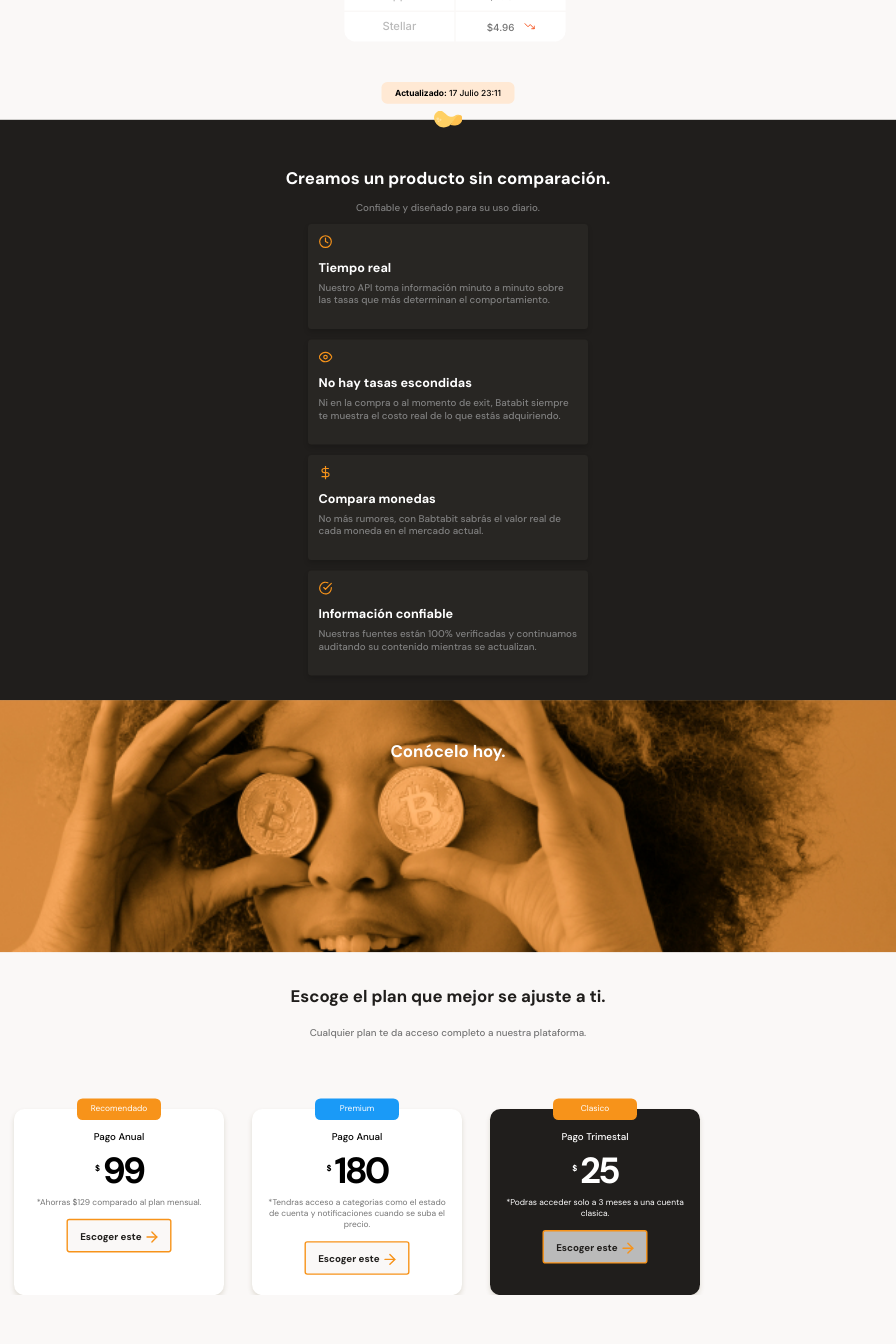
Repository: Pandrea-hub/Batatabit
Page: index.html
An editor plug-in stored every save of this project. The page is shown before and after the next save, followed by the edit.
The browser window is 1280 px wide. The pictures show the part of the page from y = 963 to 2883 px (the page is 2883 px tall), at 70% of full size.

Above is the page before, as saved 2022-04-20 07:55:22.

### index.html
<!DOCTYPE html>
<html lang="en">
<head>
    <meta charset="UTF-8">
    <meta http-equiv="X-UA-Compatible" content="IE=edge">
    <meta name="viewport" content="width=device-width, initial-scale=1.0">
    <title>Document</title>
    <link rel="preconnect" href="https://fonts.googleapis.com">
    <link rel="preconnect" href="https://fonts.gstatic.com" crossorigin>
    <link href="https://fonts.googleapis.com/css2?family=DM+Sans:wght@400;500;700&family=Inter:wght@300;500;700&display=swap" rel="stylesheet">
    <link rel="stylesheet" href="./style.css">
</head>
<body>


    <header>

        <img src="./assets/img/logo.svg" alt="Logo del header donde estara una patata y el nombre que es Batatabit"/>
        <div class="header--title-container">
            <h1>La próxima revolución en el intercambio de criptomonedas.</h1>
            <p>Batatabit te ayuda a navegar entre los diferentes precios y tendencias.</p>
            <a href="#plans" class="header--button">Conoce Nuestros Planes<span></span></a>
        </div>
    </header>


    <main>
        <section class="main-exchange--container">
            <div class="backgroungImg"></div>
            <div class="main-exchange--container--title">
                <h2>Visibilizamos todas las tasas de cambio.</h2>
                <p>Traemos información en tiempo real de las casas de cambio y las monedas más importantes del mundo.</p>
            </div>

            <section class="main-tables-container">
                <div class="main-currency-table">
                    <div class="currency-table">

                        <div class="container-arrow--left" id="arrow-left"></div>

                        <div class="currency-table--container" id="table-1">
                            <p class="currency-table--title" id="title-1">Monedas</p>
                            <table>
                                <tr>
                                    <tr>
                                        <td class="table__top--left">Bitcoin</td>
                                        <td class="table__top--right table__right">$1.96 <span class="down"></span></td>
                                    </tr>
                                    <tr>
                                        <td>Ethereum</td>
                                        <td class="table__right">$0.07 <span class="up"></span></td>
                                    </tr>
                                    <tr>
                                        <td>Ripple</td>
                                        <td class="table__right">$2.15 <span class="down"></span></td>
                                    </tr>
                                    <tr>
                                        <td class="table__bottom--left">Stellar</td>
                                        <td class="table__bottom-right table__right">$4.96 <span class="down"></span></td>
                                    </tr>
                                </tr>
                            </table>
                        </div>


                        <div class="currency-table--container" id="table-2">
                            <p class="currency-table--title" id="title-2">Comisiones</p>
                            <table>
                                <tr>
                                    <tr>
                                        <td class="table__top--left">Bitrade</td>
                                        <td class="table__top--right table__right">$ 12.96</td>
                                    </tr>
                                    <tr>
                                        <td>Bitpreco</td>
                                        <td class="table__right">$ 13.07</td>
                                    </tr>
                                    <tr>
                                        <td>Novadax</td>
                                        <td class="table__right">$ 13.15</td>
                                    </tr>
                                    <tr>
                                        <td class="table__bottom--left">Coinext</td>
                                        <td class="table__bottom-right table__right">$ 14.96</td>
                                    </tr>
                                </tr>
                            </table>
                        </div>

                        <div class="container-arrow" id="arrow-right"></div>

                    </div>

                    <div class="currency-table--date" id="table-date">
                        <p><b>Actualizado:</b> 17 Julio 23:11 </p></p>
                    </div>

                </div>
            </section>
        </section>

    <script>
        const arrow_right = document.getElementById("arrow-right")
        const arrow_left = document.getElementById("arrow-left")
        const table_1 = document.getElementById("table-1")
        const table_2 = document.getElementById("table-2")
        const date = document.getElementById("table-date");


        arrow_right.onclick = function(){
            arrow_right.style.display="none";
            table_1.style.display = "none"
            table_2.style.display = "grid"
            arrow_left.style.display = "block"
            date.style.backgroundColor="#E7F5FF";
        }
        arrow_left.onclick = function(){
            arrow_left.style.display="none";
            table_1.style.display = "grid"
            table_2.style.display = "none"
            arrow_right.style.display = "block"
            date.style.backgroundColor="#FFE9D4";
        }
    </script>


        <section class="main-product--detail">
            <span class="product-detail--batata-logo"></span>
            <div class="product-detail--title">
                <h2>Creamos un producto sin comparación.</h2>
                <p>Confiable y diseñado para su uso diario.</p>
            </div>
            <section class="product-cards--container">
                <article class="product-detail--card">
                    <span class="icon-card clock"></span>
                    <p class="product-card--title">Tiempo real</p>
                    <p class="product-card--body">Nuestro API toma información minuto a minuto sobre las tasas que más determinan el comportamiento.</p>
                </article>

                <article class="product-detail--card">
                    <span class="icon-card tasas"></span>
                    <p class="product-card--title">No hay tasas escondidas</p>
                    <p class="product-card--body">Ni en la compra o al momento de exit, Batabit siempre te muestra el costo real de lo que estás adquiriendo.</p>
                </article>


                <article class="product-detail--card">
                    <span class="icon-card money"></span>
                    <p class="product-card--title">Compara monedas</p>
                    <p class="product-card--body">No más rumores, con Babtabit sabrás el valor real de cada moneda en el mercado actual.</p>
                </article>


                <article class="product-detail--card">
                    <span class="icon-card info"></span>
                    <p class="product-card--title">Información confiable</p>
                    <p class="product-card--body">Nuestras fuentes están 100% verificadas y continuamos auditando su contenido mientras se actualizan.</p>
                </article>

            </section>

        </section>



        <section class="bitcoin-img--container">
            <h2>Conócelo hoy.</h2>
        </section>


        <section id="plans" class="main-plans-container">
            <div class="plans--title">
                <h2>Escoge el plan que mejor se ajuste a ti.</h2>
                <p>Cualquier plan te da acceso completo a nuestra plataforma.</p>
            </div>
            <section class="plans-container--slider">
                <article class="plans-container--card">
                    <p class="recommended">Recomendado</p>
                    <div class="plan-info--container">
                        <h3 class="plan-card--title">Pago Anual</h3>
                        <p class="plan-card--price"><sup>$</sup> 99</p>
                        <p class="plan-card--saving">*Ahorras $129 comparado al plan mensual.</p>
                        <button class="plan-card--ca">Escoger este <span></span></button>
                    </div>
                </article>

                <article class="plans-container--card">
                    <p class="premium">Premium</p>
                    <div class="plan-info--container">
                        <h3 class="plan-card--title">Pago Anual</h3>
                        <p class="plan-card--price"><sup>$</sup> 180</p>
                        <p class="plan-card--saving">*Tendras acceso a categorias como el estado de cuenta y notificaciones cuando se suba el precio.</p>
                        <button class="plan-card--ca">Escoger este <span></span></button>
                    </div>
                </article>


                <article class="plans-container--card card-classic">
                    <p class="classic">Clasico</p>
                    <div class="plan-info--container">
                        <h3 class="plan-card--title info-classic">Pago Trimestal</h3>
                        <p class="plan-card--price info-classic"><sup>$</sup> 25</p>
                        <p class="plan-card--saving info-classic">*Podras acceder solo a 3 meses a una cuenta clasica.</p>
                        <button class="plan-card--ca info-classic-button">Escoger este <span></span></button>
                    </div>
                </article>

            </section>
        </section>




    </main>

    <footer></footer>

</body>
</html>

### style.css
/*
1. Position
2. Box model
3. typography
4. Visual themes
5. Others
*/

:root{
    --bitcoin-orange:#F7931A;
    --soft-orange:#FFE9D4;
    --secondary-blue:#1A9AF7;
    --soft-blue:#E7F5FF;
    --warm-black:#201E1C;
    --black: #201e1c;
    --grey: #bababa;
    --off-white: #faf8f7;
    --just-white: #fff;
}

*{
    padding: 0;
    margin: 0;
    box-sizing: border-box;
}


html{
    font-size: 62.5%;
    font-family: "DM Sans", sans-serif;
}

header{
    position: relative;
    display: flex;
    flex-direction:column;
    justify-content: center;
    width: 100%;
    height: 334px;
    min-width: 320px;
    text-align: center;
    background: linear-gradient(207.8deg, #201E1C 16.69%, #F7931A 100%);

}

header img{
    width: 150px;
    height: 24px;
    margin-top: 60px;
    align-self: center;
}

.header--title-container{
    width: 90%;
    min-width: 288px;
    max-width: 900px;
    height: 218px;
    margin-top: 50px;
    text-align: center;
    align-self:center;
}

.header--title-container h1{
    font-size: 2.4rem;
    font-weight: bold;
    line-height: 2.6rem;
    color: var(--just-white);
}

.header--title-container p{
    font-size: 1.4rem;
    font-weight: 500;
    line-height: 1.8rem;
    color:var(--soft-orange);
    margin-top: 2.4rem;
}


.header--title-container .header--button{
    left: calc(50% - 229px/2);
    position: absolute;
    top: 270px;
    display: block;
    margin-top: 35px;
    padding: 15px;
    width: 229px;
    height: 48px;
    background-color: var(--off-white);
    /* Box shadow */
    box-shadow: 0px 4px 8px rgba(89, 73, 30, 0.16);
    border-radius: 4px;
    font-weight: bold;
    font-size: 14px;
    line-height: 18px;
    color:var(--warm-black);
    text-decoration: none;
}

.header--button span{
    display: inline-block;
    width: 13px;
    height: 8px;
    margin-left: 10px;
    background-image: url('./assets/icons/down-arrow.svg');
}

main{
    width: 100%;
    height: auto;
    background-color:var(--off-white);
    min-width: 320px;
}


.main-exchange--container{
    width: 100%;
    height: auto;
    padding-top: 80px;
    padding-bottom: 30px;
    text-align: center;
}

.main-exchange--container--title{
    width: 100%;
    min-width: 288px;
    max-width: 900px;
    margin: 10px auto;
    padding: 1%;
}

.main-exchange--container .backgroungImg{
    width: 200px;
    height: 200px;
    margin: 0 auto;
    margin-bottom: 50px;
    background-image: url(./assets/img/bitcoin.svg);
    background-size: cover;
    background-position: center;
    background-repeat: no-repeat;
}


.main-exchange--container--title h2{
    margin-bottom: 30px;
    font-size: 2.4rem;
    font-weight: bold;
    line-height: 2.6rem;
    align-self:center;
    color:var(--warm-black);
}




.main-exchange--container--title p{
    margin-bottom: 30px;
    font-size: 1.4rem;
    line-height: 1.8rem;
    font-weight: 500;
    color:#757575;
    text-align: center;

}





/*Tables*/


.main-tables-container{
    margin: 20px auto;
    width: 100%;
}



.main-currency-table{
    display: flex;
    flex-direction: column;
    width: 70%;
    min-width: 235px;
    max-width: 500px;
    height: 240px;
    margin: 0 auto;
    font-family: "Inter", sans-serif;
}

.main-currency-table .currency-table--title{
    width: 81px;
    height: 10px;
    margin: 0 auto;
    position: absolute;
    font-size: 1.8rem;
    font-weight: bold;
    line-height: 2.3rem;
    font-family: "DM Sans";
    color:var(--bitcoin-orange);
}

.currency-table{
    width: 100%;
}


.currency-table--container{
    margin: 0 auto;
    width: 100%;
    height: 90px;
    min-width: 230px;
    max-width: 300px;

}

.currency-table--container table{
    width: 70%;
    height: 180px;
    max-width: 320px;
    margin: 30px auto;
    position: absolute;
}


.currency-table--container td{
    width: 50%;
    font-size: 1.6rem;
    font-weight: 500;
    line-height: 1.9rem;
    color:var(--grey);
    background-color:var(--just-white);
    margin: 0px 10px;

}

.table__top--left{
    border-radius: 15px 0 0 0;
}

.table__top--right{
    border-radius:0 15px 0 0;
}


.table__bottom-right{
    border-radius:0 0 15px 0;
}

.table__bottom--left{
    border-radius:0 0 0 15px;
}

.currency-table--container .table__right{
    font-size: 1.4rem;
    font-weight: normal;
    line-height: 1.7rem;
    color:#757575;
}


.currency-table--container .down{
    display: inline-block;
    width: 15px;
    height: 15px;
    margin-left: 10px;
    background-image:url("./assets/icons/trending-down.svg");
    background-size:cover;
    background-repeat:no-repeat;
}

.currency-table--container .up{
    display: inline-block;
    width: 15px;
    height: 15px;
    margin-left: 10px;
    background-image:url("./assets/icons/trending-up.svg");
    background-size:cover;
    background-repeat:no-repeat;
}


.currenty-table{
    display: grid;
    grid-template-columns: 1fr 1fr 1fr;

}


.container-arrow{
    height: 10px;
    width: 12px;
    background-image: url("../assets/icons/right-arrow.svg");
    background-repeat: no-repeat;
    background-size: contain;
    background-position: center;
    position: absolute;
    margin-top: 25px;
    right: 31px;
    cursor: pointer;
}


.container-arrow--left{
    display: none;
    height: 10px;
    width: 12px;
    background-image: url("../assets/icons/left-arrow.svg");
    background-repeat: no-repeat;
    background-size: contain;
    background-position: center;
    position: absolute;
    margin-top:120px;
    left: 20px;
    cursor: pointer;
}


#title-2{
    color:var(--secondary-blue);
}



.currency-table--date{
    margin: 0 auto;
    font-size: 12px;
    position: absolute;
    width: 190px;
    height: 31px;
    left: calc(50% - 95px);
    top: 1080px;
    padding: 8px;
    background-color:var(--soft-orange);
    border-radius:8px;
}

#table-2{
    display: none;
}

.main-product--detail{
    position: relative;
    width: 100%;
    min-width: 320px;
    height: auto;
    padding: 20px 10px;
    background-color:var(--warm-black);
    margin-top: 30px;
}


.product-detail--batata-logo{
    left: calc(50% - 20px);
    top: -12.5px;
    position: absolute;
    width: 40px;
    height: 25px;
    background-image:url("./assets/icons/batata.svg");
}


.product-detail--title{
    width: 90%;
    min-width: 288px;
    height: auto;
    margin: 0 auto;
    margin-top: 50px;
    text-align: center;
}


.product-detail--title h2{
    margin-bottom: 20px;
    font-size: 2.4rem;
    font-weight: bold;
    line-height: 2.6rem;
    color:var(--just-white);

}

.product-detail--title p{
    color:#808080;
    font-size: 1.4rem;
    font-weight: 500;
    line-height: 1.8rem;
}


.product-detail--card{
    width: 90%;
    min-width: 288px;
    max-width: 400px;
    height: 150px;
    margin: 15px auto;
    padding: 15px;
    background-color:#282623;
    border-radius:5px;
    box-shadow:0px 4px 8px rgba(0, 0, 0, 0.16);

}


.product-detail--card .icon-card{
    display: inline-block;
    width: 20px;
    height: 20px;
    background-position: center;
    background-size: cover;
    background-repeat: no-repeat;
    margin-bottom: 15px;

}

.clock{
    background-image:url("./assets/icons/clock.svg");
}

.tasas{
    background-image:url("./assets/icons/eye.svg");
}

.money{
    background-image:url("./assets/icons/dollar-sign.svg");
}

.info{
    background-image:url("./assets/icons/check-circle.svg");
}

.product-card--title{
    font-weight: 700;
    font-weight: bold;
    font-size: 1.8rem;
    line-height: 1.8rem;
    color:var(--just-white);
}


.product-card--body{
    font-weight: 500;
    font-size: 1.4rem;
    line-height: 1.8rem;
    color: #808080;
    margin-top: 10px;
}


/*Seccion de planes*/

.bitcoin-img--container{
    width: 100%;
    min-width: 320px;
    height: 50vh;
    background-image:url('./assets/img/bitcoinbaby2x.jpg');
    background-position:center;
    background-size:cover;
    background-repeat:no-repeat;
    text-align: center;
}

.bitcoin-img--container h2{
    padding-top: 60px;
    font-size: 2.4rem;
    font-weight: bold;
    line-height: 2.6rem;
    color:var(--just-white);
}


.main-plans-container{
    width: 100%;
    min-width: 320px;
    padding-bottom: 70px;
    text-align: center;
}

.plans--title{
    width: 90%;
    min-width: 288px;
    height: auto;
    margin: 0 auto;
    margin-bottom: 50px;
}


.plans--title h2{
    padding-top: 50px;
    font-size: 2.4rem;
    font-weight: bold;
    line-height: 2.6rem;
    color:var(--warm-black);
}


.plans--title p{
    padding-top: 30px;
    font-size: 1.4rem;
    font-weight: 500;
    line-height: 1.8rem;
    color:rgba(117, 117, 117, 1);
}

.plans-container--slider{
    display: flex;
    height: 316px;
    overflow-x: scroll;
    overscroll-behavior-x: contain;
    scroll-snap-type: proximity;
}

.plans-container--slider::-webkit-scrollbar {
    background-color: var(--soft-orange);
    height: 3px;
}

.plans-container--slider::-webkit-scrollbar-thumb {
    background-color: var(--bitcoin-orange);
}

.plans-container--card{
    position: relative;
    scroll-snap-align: center;
    width: 60%;
    min-width: 190px;
    max-width: 300px;
    min-height: 260px;
    margin: 50px 20px 0;
    padding: 0 15px;
    border-radius:15px;
    box-shadow: 0 4px 8px rgba(89, 73, 30, 0.16);
    background:var(--just-white);
}

.recommended{
    position: absolute;
    width: 120px;
    height: 31px;
    left: calc(50% - 60px);
    top: -15px;
    padding: 6px;
    font-size: 1.2rem;
    background-color:var(--bitcoin-orange);
    border-radius:8px;
    color:var(--just-white);
}

.premium{
    position: absolute;
    width: 120px;
    height: 31px;
    left: calc(50% - 60px);
    top: -15px;
    padding: 6px;
    font-size: 1.2rem;
    background-color:var(--secondary-blue);
    border-radius:8px;
    color:var(--just-white);
}

.classic{
    position: absolute;
    width: 120px;
    height: 31px;
    left: calc(50% - 60px);
    top: -15px;
    padding: 6px;
    font-size: 1.2rem;
    background-color:var(--bitcoin-orange);
    border-radius:8px;
    color:var(--just-white);
}

.card-classic{
    background-color:var(--warm-black);
}



.plan-card--title{
    padding-top: 30px;
    font-size: 1.4rem;
    font-weight: 500;
    line-height: 1.8rem;
    color:black;
}

.plan-card--price{
    padding: 5px 0;
    font-size: 5.2rem;
    font-weight: bold;
    line-height: 6.3rem;
    letter-spacing: -0.08em;
    color:black;
}

.plan-card--price sup{

    font-size: 1.2rem;

}

.plan-card--saving{
    font-size: 1.2rem;
    color:#757575;
}

.plan-card--ca{
    width: 150px;
    height: 48px;
    margin-top: 16px;
    border: 2px solid var(--bitcoin-orange);
    background:var(--off-white);
    border-radius: 4px;
    font-size: 1.4rem;
    font-weight: bold;
    line-height: 1.8rem;
    color:var(--warm-black);
    text-align: center;
    font-family: "DM Sans", sans-serif;
}

.plan-card--ca span{
    display: inline-block;
    width: 20px;
    height: 20px;
    background-image:url('./assets/icons/orange-right-arrow.svg');
    vertical-align: text-bottom;
}

.info-classic{
    color:var(--just-white);
}


.info-classic-button{
    background:var(--grey);
}

After the next save:
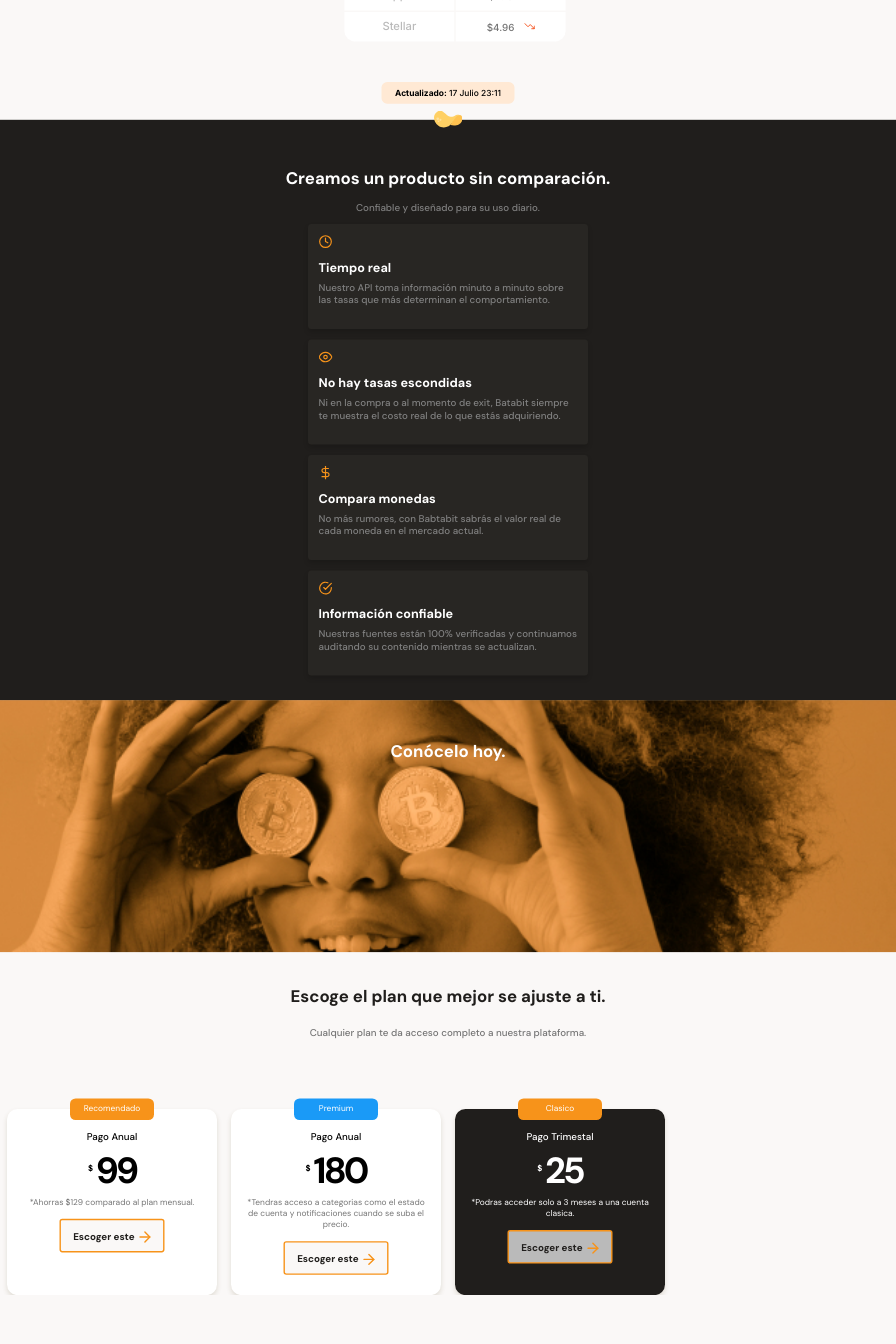
Saved 4 s later.
--- a/style.css
+++ b/style.css
@@ -524,7 +524,7 @@
     min-width: 190px;
     max-width: 300px;
     min-height: 260px;
-    margin: 50px 20px 0;
+    margin: 50px 10px 0;
     padding: 0 15px;
     border-radius:15px;
     box-shadow: 0 4px 8px rgba(89, 73, 30, 0.16);
